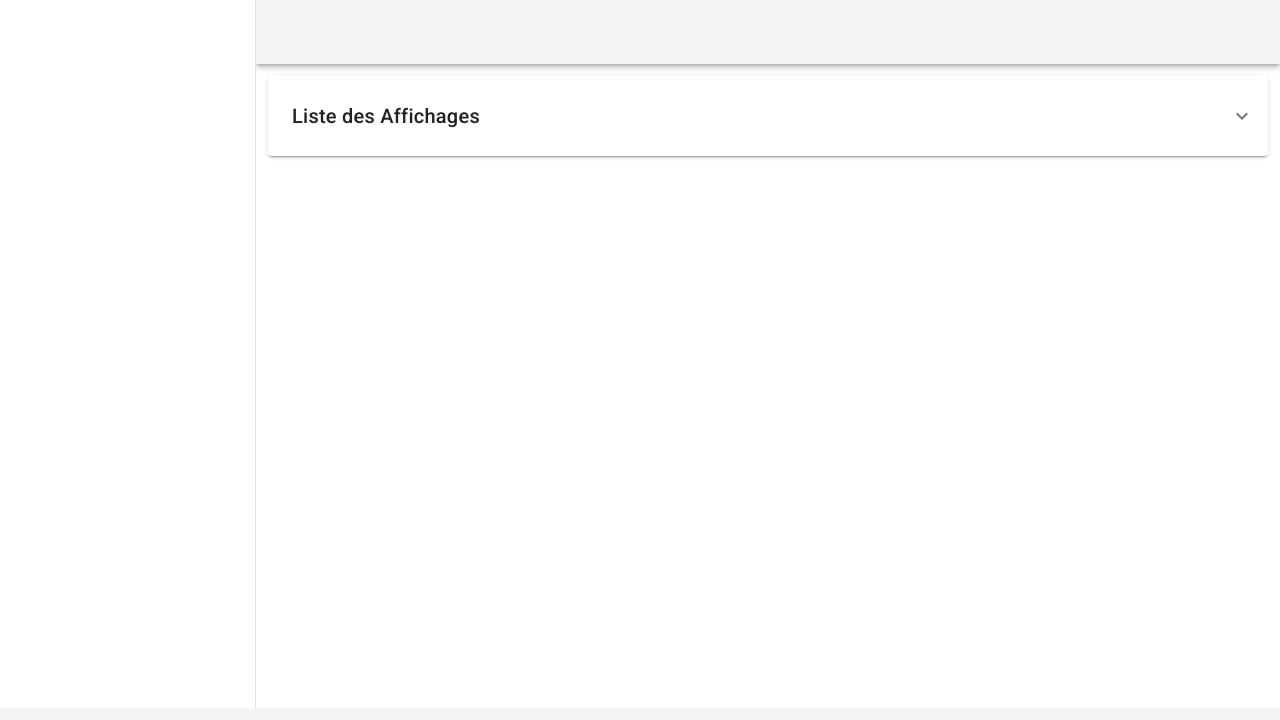
Repository: Hamagistral/BannerApp-Vue
Page: /
An editor plug-in stored every save of this project. The page is shown before and after the next save, followed by the edit.
The browser window is 1280 px wide. The pictures show the whole page.
The project was rebuilt for these pictures with package versions that can differ from the ones it lists, and the page was loaded fresh each time. Also part of the build but not shown: vue.config.js. Imported but missing from the stored project, and not drawn on this page: src/DynamicPage.vue.

Above is the page before, as saved 2023-02-07 01:09:03.

After the next save:
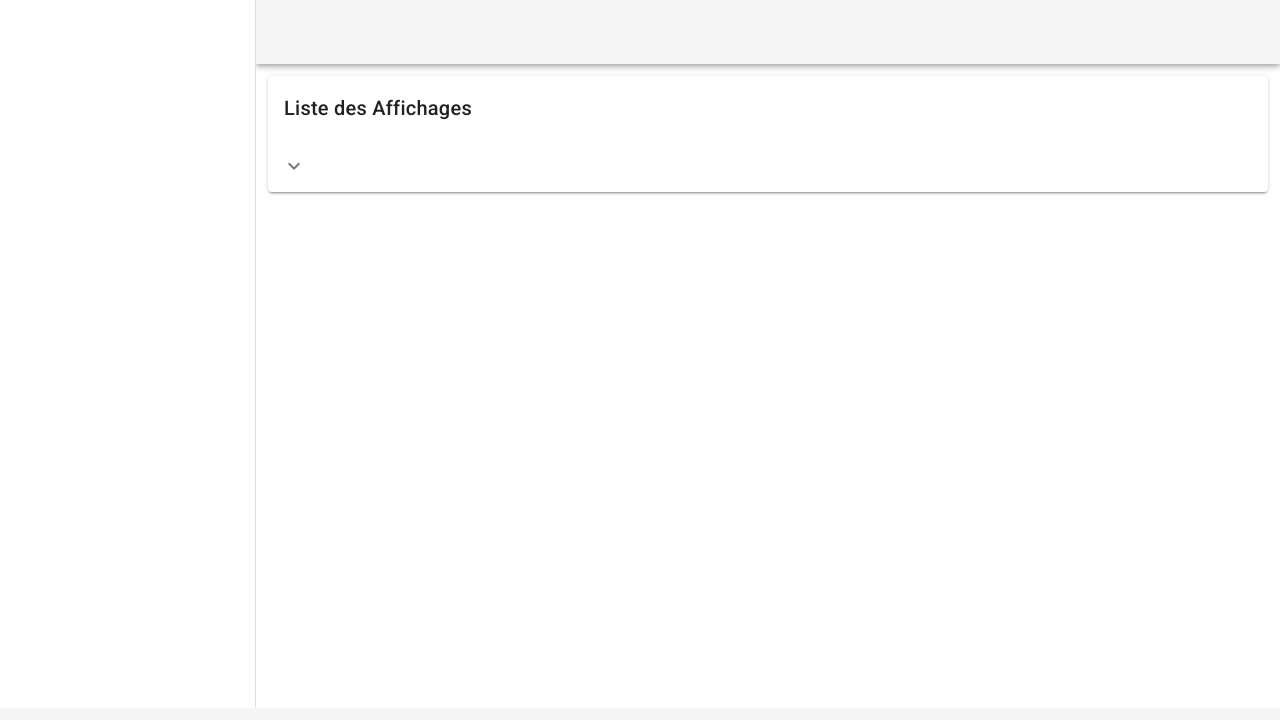
Saved 14 s later.
--- a/src/Home.vue
+++ b/src/Home.vue
@@ -3,11 +3,12 @@
     <v-dialog v-model="dialog" width="800" persistent>
       <template v-slot:activator="{ on, attrs }">
         <v-card class="mx-auto" max-width="1000">
-          <v-card-actions>
+
             <v-card-title color="warning" text>Liste des Affichages</v-card-title >
 
             <v-spacer></v-spacer>
 
+          <v-card-actions>
             <v-btn icon @click="show = !show">
               <v-icon>{{
                 show ? "mdi-chevron-up" : "mdi-chevron-down"
